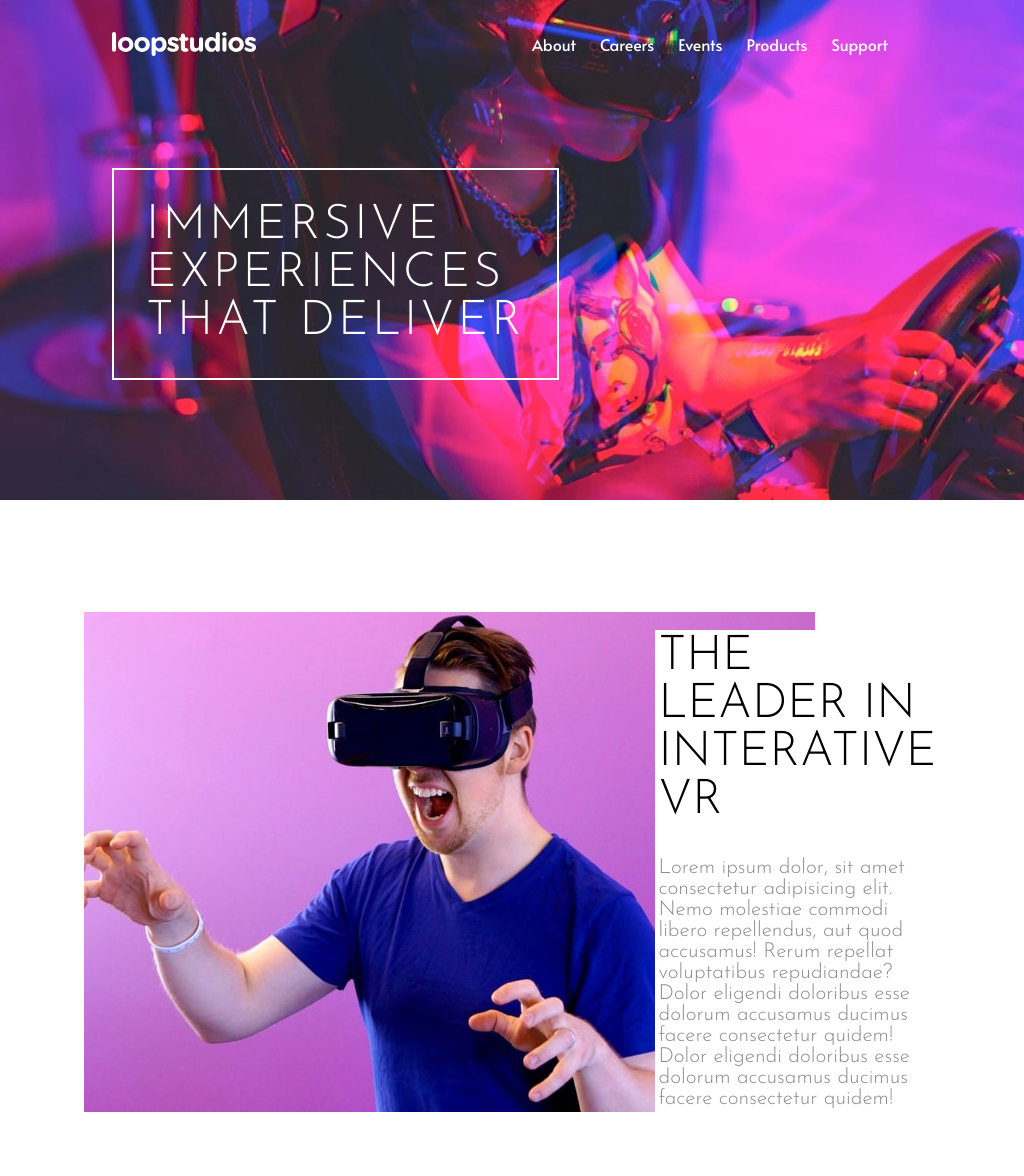
Repository: gligor99/loopstudios-fm
Page: /
The author's editor kept a copy of each file at every save. The page is drawn from the files as they stood at one save, then again after the next save.
The browser window is 1024 px wide. The pictures show the part of the page from y = 0 to 1176 px (the page is 3738 px tall).
Backgrounds fixed to the window are drawn as part of the page. The project was rebuilt for these pictures with package versions that can differ from the ones it lists, and the page was loaded fresh each time.

Above is the page before, as saved 2021-11-28 21:41:03.

After the next save:
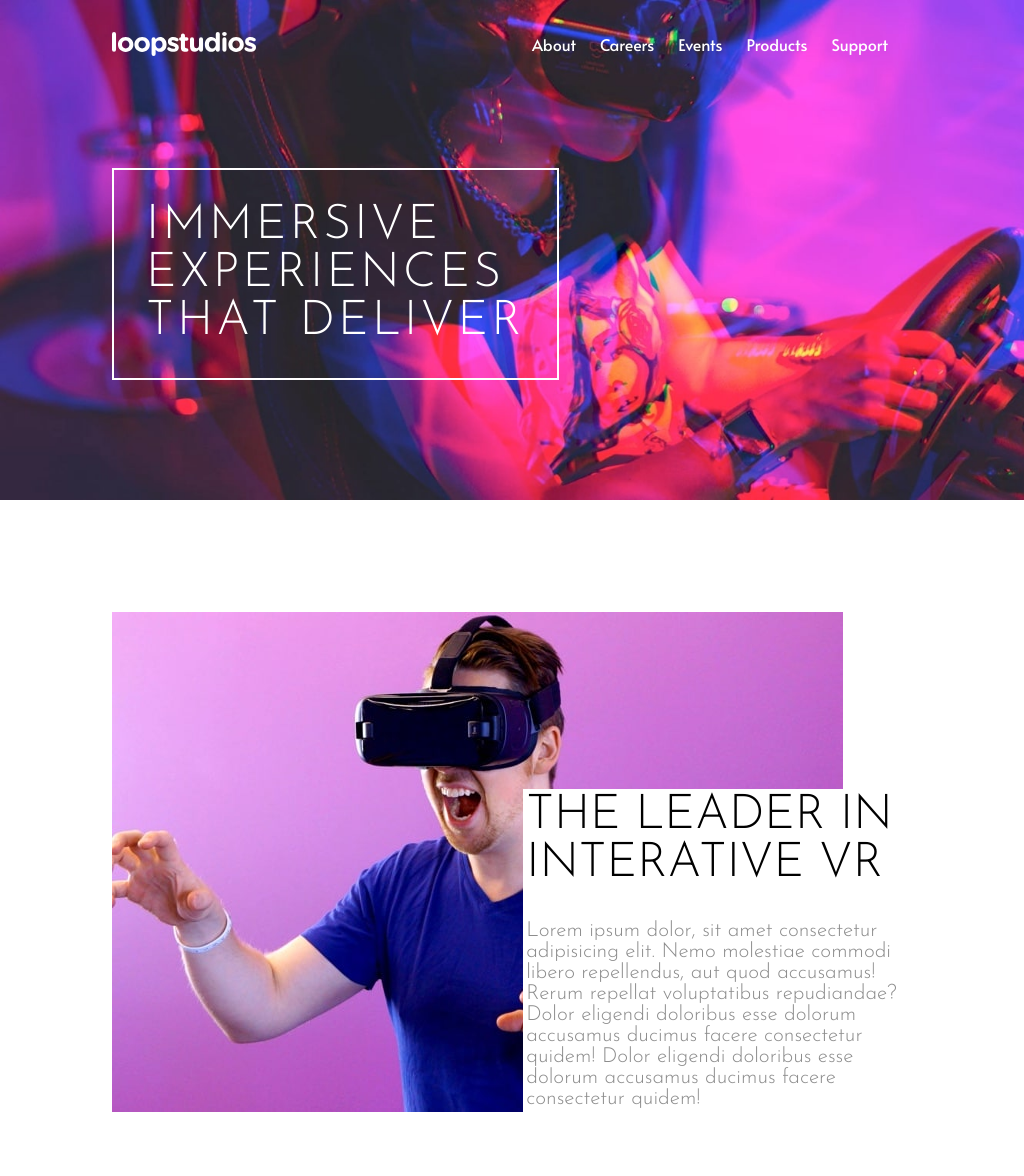
Saved 6 s later.
--- a/src/components/About/about.css
+++ b/src/components/About/about.css
@@ -47,6 +47,6 @@
 @media only screen and (max-width: 1110px) {
   .about-content {
     padding: 0.2rem;
-    margin-left: -10rem;
+    margin-left: -20rem;
   }
 }
